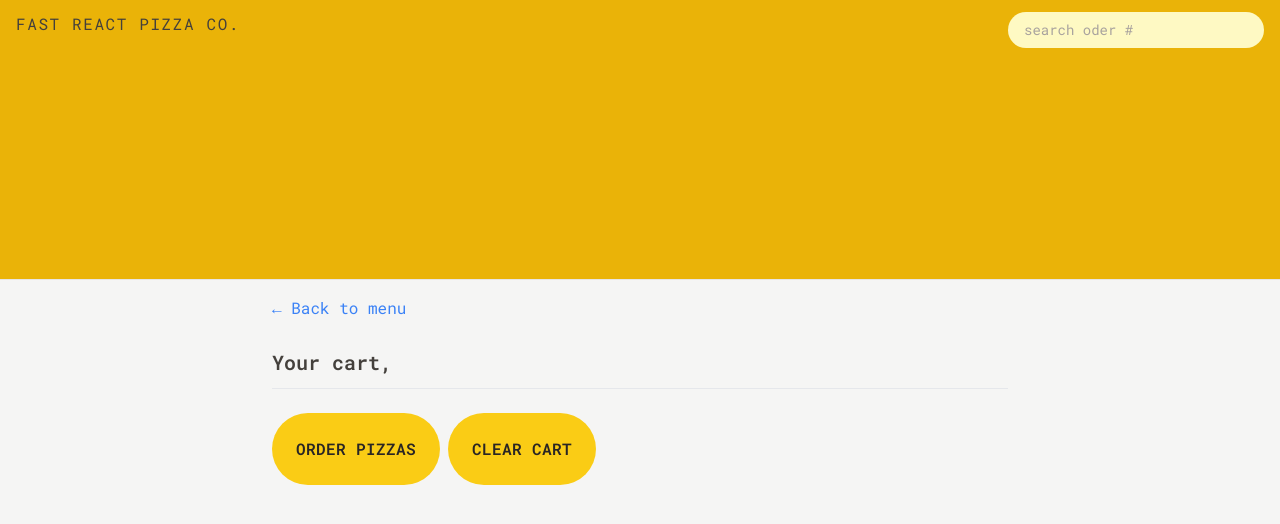
Repository: ayakhaled0001/pizza-delivery
Page: /cart
These files come from the project's save history. The page is drawn as it stood at one moment and after a run of saves; the edit follows.
The browser window is 1280 px wide. The pictures show the whole page.
The project was rebuilt for these pictures with package versions that can differ from the ones it lists, and the page was loaded fresh each time. Also part of the build but not shown: vite.config.js, src/features/user/UserName.jsx, src/features/user/CreateUser.jsx, src/ui/Home.jsx, src/services/apiRestaurant.jsx, src/utilities/helpers.jsx, src/features/menu/MenuItem.jsx, src/features/menu/Menu.jsx and 6 more. Imported but missing from the stored project, and not drawn on this page: src/features/order/CreateOrder.

Above is the page before, as saved 2025-05-09 02:54:03.

### index.html
<!DOCTYPE html>
<html lang="en">
  <head>
    <meta charset="UTF-8" />
    <link rel="icon" type="image/svg+xml" href="/vite.svg" />
    <meta name="viewport" content="width=device-width, initial-scale=1.0" />
    <link rel="preconnect" href="https://fonts.googleapis.com" />
    <link rel="preconnect" href="https://fonts.gstatic.com" crossorigin />
    <link
      href="https://fonts.googleapis.com/css2?family=Roboto+Mono:ital,wght@0,100..700;1,100..700&display=swap"
      rel="stylesheet" />
    <title>fast react pizza</title>
  </head>
  <body class="bg-stone-100 text-stone-700">
    <div id="root"></div>
    <script type="module" src="/src/main.jsx"></script>
  </body>
</html>

### src/main.jsx
import { StrictMode } from "react";
import { createRoot } from "react-dom/client";
import App from "./App.jsx";
import "./index.css";
import { Provider } from "react-redux";
import store from "./store.js";

createRoot(document.getElementById("root")).render(
  <StrictMode>
    <Provider store={store}>
      <App />
    </Provider>
  </StrictMode>
);

### src/App.jsx
import { createBrowserRouter, RouterProvider } from "react-router-dom";
import Home from "./ui/Home";
import Menu, { loader as menuLoader } from "./features/menu/Menu";
import Cart from "./features/cart/Cart";
import CreateOrder, {
  action as CreateOrderAction,
} from "./features/order/CreateOrder";
import Order, { loader as orderLoader } from "./features/order/Order";
import AppLayout from "./ui/AppLayout";
import Error from "./ui/Error";
const router = createBrowserRouter([
  {
    element: <AppLayout />,
    children: [
      { path: "/", element: <Home /> },
      {
        path: "/menu",
        element: <Menu />,
        loader: menuLoader,
        errorElement: <Error />,
      },
      { path: "/cart", element: <Cart /> },
      {
        path: "/order/new",
        element: <CreateOrder />,
        action: CreateOrderAction,
      },
      {
        path: "/order/:orderId",
        element: <Order />,
        loader: orderLoader,
        errorElement: <Error />,
      },
    ],
  },
]);
function App() {
  return <RouterProvider router={router} />;
}

export default App;

### src/index.css
@tailwind base;
@tailwind components;
@tailwind utilities;

@layer components {
  .input {
    @apply rounded-full border
    border-stone-200
    px-4 py-2 text-sm transition-all
    duration-300 focus:outline-none
    focus:ring focus:ring-yellow-400
    md:px-5;
  }

  .loader {
    width: 45px;
    aspect-ratio: 0.75;
    --c: no-repeat linear-gradient(theme(colors.stone.700) 0 0);
    background: var(--c) 0% 50%, var(--c) 50% 50%, var(--c) 100% 50%;
    background-size: 20% 50%;
    animation: loading 1s infinite linear;
  }

  @keyframes loading {
    20% {
      background-position: 0% 0%, 50% 50%, 100% 50%;
    }
    40% {
      background-position: 0% 100%, 50% 0%, 100% 50%;
    }
    60% {
      background-position: 0% 50%, 50% 100%, 100% 0%;
    }
    80% {
      background-position: 0% 50%, 50% 50%, 100% 100%;
    }
  }
}

/* body {
  font-family: system-ui, -apple-system, BlinkMacSystemFont, "Segoe UI", Roboto,
    Oxygen, Ubuntu, Cantarell, "Open Sans", "Helvetica Neue", sans-serif;
  background-color: #f7f7f7;
  color: #444;
}

.layout {
  display: grid;
  grid-template-rows: auto 1fr auto;
  gap: 32px;
  height: 100dvh;
} */

/* https://dev.to/afif/i-made-100-css-loaders-for-your-next-project-4eje */

### src/store.js
import { configureStore } from "@reduxjs/toolkit";

import userReducer from "./features/user/userSlice";
import cartReducer from "./features/cart/cartSlice";
const store = configureStore({
  reducer: {
    user: userReducer,
    cart: cartReducer,
  },
});

export default store;

### src/features/cart/Cart.jsx
import { Link } from "react-router-dom";
import LinkButton from "../../ui/LinkButton";
import Button from "../../ui/Button";
import CartItem from "./CartItem";
import { useDispatch, useSelector } from "react-redux";
import { clearCart, getCart } from "./cartSlice";

const fakeCart = [
  {
    pizzaId: 12,
    name: "Mediterranean",
    quantity: 2,
    unitPrice: 16,
    totalPrice: 32,
  },
  {
    pizzaId: 6,
    name: "Vegetale",
    quantity: 1,
    unitPrice: 13,
    totalPrice: 13,
  },
  {
    pizzaId: 11,
    name: "Spinach and Mushroom",
    quantity: 1,
    unitPrice: 15,
    totalPrice: 15,
  },
];

function Cart() {
  const username = useSelector((state) => state.user.username);
  const cart = useSelector(getCart);
  const dispatch = useDispatch();

  if (!cart.lenght)
    return (
      <div className="px-4 py-4">
        <LinkButton to="/menu">&larr; Back to menu</LinkButton>

        <h2 className="mt-7 text-xl font-semibold">Your cart,{username}</h2>
        <ul className="divide-y divide-stone-200 border-b mt-3 ">
          {cart.map((item) => (
            <CartItem key={item.key} item={item} />
          ))}
        </ul>
        <div className="mt-6 space-x-2">
          <Button to="/order/new">Order pizzas</Button>
          {/* <Link>Order pizzas</Link> */}
          <Button onClick={() => dispatch(clearCart())}>Clear cart</Button>
        </div>
      </div>
    );
}

export default Cart;

### src/ui/AppLayout.jsx
import Header from "./Header";
import CartOverview from "../features/cart/CartOverview";
import { Outlet, useNavigation } from "react-router-dom";
import Loader from "./Loader";

function AppLayout() {
  const navigation = useNavigation();
  const isLoading = navigation.state === "loading";
  console.log(navigation.state);
  return (
    <div className="grid h-screen grid-row-[auto_1fr_auto]">
      {isLoading && <Loader />}

      <Header />
      <div className="">
        <main className="max-w-3xl mx-auto">
          <Outlet />
        </main>
      </div>
      <CartOverview />
    </div>
  );
}

export default AppLayout;

### src/features/user/userSlice.js
// function getPosition() {
//   return new Promise(function (resolve, reject) {
//     navigator.geolocation.getCurrentPosition(resolve, reject);
//   });
// }

import { createSlice } from "@reduxjs/toolkit";

// async function fetchAddress() {
//   // 1) We get the user's geolocation position
//   const positionObj = await getPosition();
//   const position = {
//     latitude: positionObj.coords.latitude,
//     longitude: positionObj.coords.longitude,
//   };

//   // 2) Then we use a reverse geocoding API to get a description of the user's address, so we can display it the order form, so that the user can correct it if wrong
//   const addressObj = await getAddress(position);
//   const address = `${addressObj?.locality}, ${addressObj?.city} ${addressObj?.postcode}, ${addressObj?.countryName}`;

//   // 3) Then we return an object with the data that we are interested in
//   return { position, address };
// }

const initialState = {
  username: "",
};

const userSlice = createSlice({
  name: "user",
  initialState,
  reducers: {
    updateName(state, action) {
      state.username = action.payload;
    },
  },
});

export const { updateName } = userSlice.actions;

export default userSlice.reducer;

### src/features/cart/cartSlice.js
import { createSlice } from "@reduxjs/toolkit";

const initialState = {
  cart: [],
};

const cartSlice = createSlice({
  name: "cart",
  initialState,
  reducers: {
    addItem(state, action) {
      // payload :newitem
      state.cart.push(action.payload);
    },
    deleteItem(state, action) {
      //payload id of the pizza item
      state.cart = state.cart.filter((item) => item.pizzaId !== action.payload);
    },
    increaseItemQuantity(state, action) {
      // payload = id
      const item = state.cart.find((item) => item.pizzaId === action.payload);
      item.quantity++;
      item.totalPrice = item.quantity * item.unitPrice;
    },
    decreaseItemQuantity(state, action) {
      // payload = id
      const item = state.cart.find((item) => item.pizzaId === action.payload);
      item.quantity--;
      item.totalPrice = item.quantity * item.unitPrice;
    },
    clearCart(state) {
      state.cart = [];
    },
  },
});

export const {
  addItem,
  deleteItem,
  increaseItemQuantity,
  decreaseItemQuantity,
  clearCart,
} = cartSlice.actions;

export default cartSlice.reducer;
export const getTotalCartQuantity = (state) =>
  state.cart.cart.reduce((sum, item) => sum + item.quantity, 0);

export const getTotalCartPrice = (state) =>
  state.cart.cart.reduce((sum, item) => sum + item.totalPrice, 0);

// reselect library to look into

export const getCart = (state) => state.cart.cart;

### src/ui/Button.jsx
import { Link } from "react-router-dom";

function Button({ disabled, children, to, onClick }) {
  const className = `bg-yellow-400 uppercase font-semibold
    text-stone-800 py-3 px-4
     inline-block tracking-wide
     rounded-full hover:bg-yellow-300  transition-all duration-300
    focus:outline-none focus:ring focus:ring-yellow-300 focus:ring-offset-2
    disabled:cursor-not-allowed sm:px-6 sm:py-6`;
  if (to)
    return (
      <Link to={to} className={className}>
        {children}
      </Link>
    );
  if (onClick)
    return (
      <button onClick={onClick} disabled={disabled} className={className}>
        {children}
      </button>
    );
  return (
    <button disabled={disabled} className={className}>
      {children}
    </button>
  );
}

export default Button;

### src/ui/LinkButton.jsx
import { Link, useNavigate } from "react-router-dom";

function LinkButton({ children, to }) {
  const navigate = useNavigate();
  if (to === -1)
    return (
      <button
        onClick={() => navigate(-1)}
        className="tex-sm text-blue-500 hover:text-blue-700 hover:underline">
        {children}
      </button>
    );
  return (
    <Link
      to={to}
      className="tex-sm text-blue-500 hover:text-blue-700 hover:underline">
      {children}
    </Link>
  );
}

export default LinkButton;

### src/ui/Header.jsx
import { Link } from "react-router-dom";
import SearchOrder from "../features/order/SearchOrder.jsx";
import UserName from "../features/user/UserName.jsx";

function Header() {
  return (
    <header className=" flex justify-between bg-yellow-500 px-4 py-3 uppercase border-b border-stone-200">
      <Link to="/" className="tracking-widest">
        Fast React Pizza Co.
      </Link>
      <SearchOrder />
      <UserName />
    </header>
  );
}

export default Header;

### src/features/order/SearchOrder.jsx
import { useState } from "react";
import { useNavigate } from "react-router-dom";

function SearchOrder() {
  const [query, setQuery] = useState("");
  const navigate = useNavigate();
  function handleSubmit(e) {
    e.preventDefault();
    if (!query) return;
    navigate(`/order/${query}`);
    setQuery("");
  }
  return (
    <form onSubmit={handleSubmit}>
      <input
        placeholder="search oder #"
        value={query}
        onChange={(e) => setQuery(e.target.value)}
        className="duration-300 sm:w-64 focus:outline-none focus:ring
         focus:ring-yellow-500 focus:ring-opacity-50  sm:focus:w-72 transition-all w-28
         bg-yellow-100 rounded-full px-4 py-2 text-sm placeholder:text-stone-400"
      />
    </form>
  );
}

export default SearchOrder;

### tailwind.config.js
/** @type {import('tailwindcss').Config} */
export default {
  content: ["./index.html", "./src/**/*.{js,jsx,ts,tsx}"],
  theme: {
    fontFamily: {
      sans: "Roboto Mono , monospace",
    },
    extend: {
      fontSize: {
        huge: ["80rem", { lineHeight: "1" }],
      },
      height: {
        screen: "100dvh",
      },
    },
  },
  plugins: [],
};

After the next 2 saves:
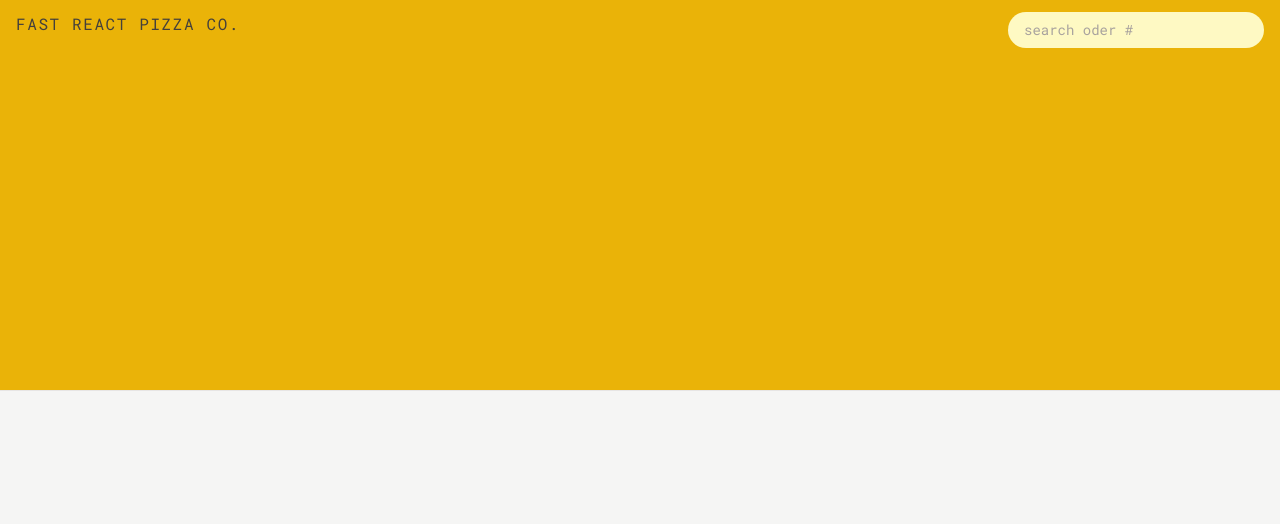
The 2 saves are shown as one change because they came seconds apart.
The last was saved 8 s later.
--- a/src/features/cart/Cart.jsx
+++ b/src/features/cart/Cart.jsx
@@ -34,24 +34,24 @@ function Cart() {
   const cart = useSelector(getCart);
   const dispatch = useDispatch();
 
-  if (!cart.lenght)
-    return (
-      <div className="px-4 py-4">
-        <LinkButton to="/menu">&larr; Back to menu</LinkButton>
+  if (!cart.length) return;
+  return (
+    <div className="px-4 py-4">
+      <LinkButton to="/menu">&larr; Back to menu</LinkButton>
 
-        <h2 className="mt-7 text-xl font-semibold">Your cart,{username}</h2>
-        <ul className="divide-y divide-stone-200 border-b mt-3 ">
-          {cart.map((item) => (
-            <CartItem key={item.key} item={item} />
-          ))}
-        </ul>
-        <div className="mt-6 space-x-2">
-          <Button to="/order/new">Order pizzas</Button>
-          {/* <Link>Order pizzas</Link> */}
-          <Button onClick={() => dispatch(clearCart())}>Clear cart</Button>
-        </div>
+      <h2 className="mt-7 text-xl font-semibold">Your cart,{username}</h2>
+      <ul className="divide-y divide-stone-200 border-b mt-3 ">
+        {cart.map((item) => (
+          <CartItem key={item.key} item={item} />
+        ))}
+      </ul>
+      <div className="mt-6 space-x-2">
+        <Button to="/order/new">Order pizzas</Button>
+        {/* <Link>Order pizzas</Link> */}
+        <Button onClick={() => dispatch(clearCart())}>Clear cart</Button>
       </div>
-    );
+    </div>
+  );
 }
 
 export default Cart;
